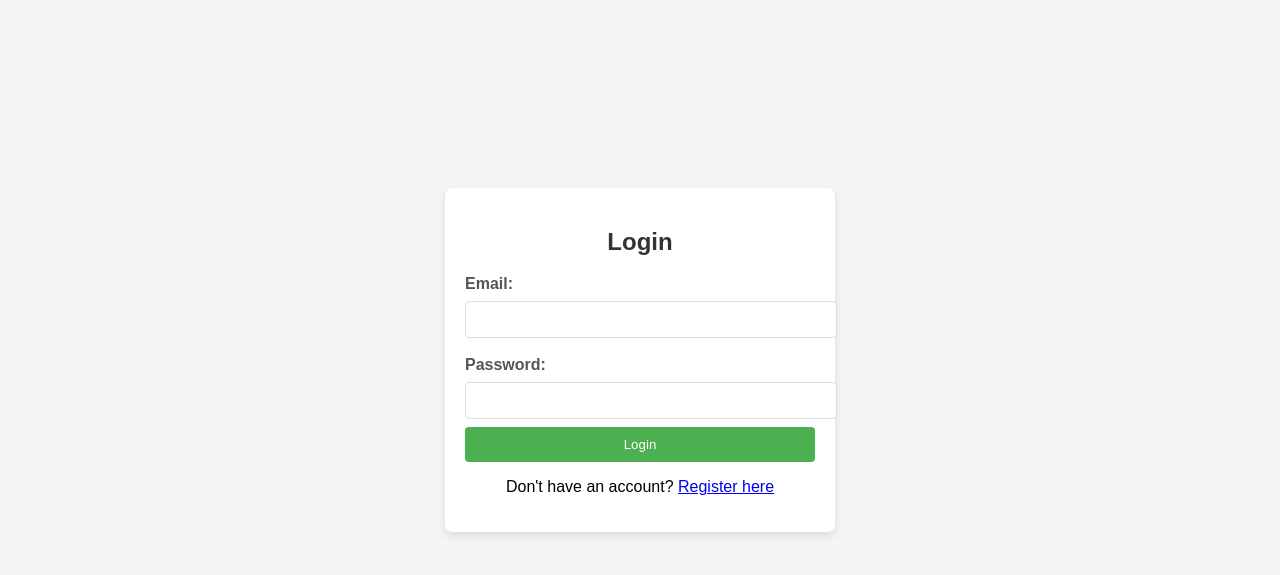
Repository: Srmaraghu/Advanced-Java
Page: Form Handling/src/main/webapp/login.html
These files come from the project's save history. The page is drawn as it stood at one moment and after the next save; the edit follows.
The browser window is 1280 px wide. The pictures show the whole page.

Above is the page before, as saved 2025-01-25 14:30:19.

After the next save:
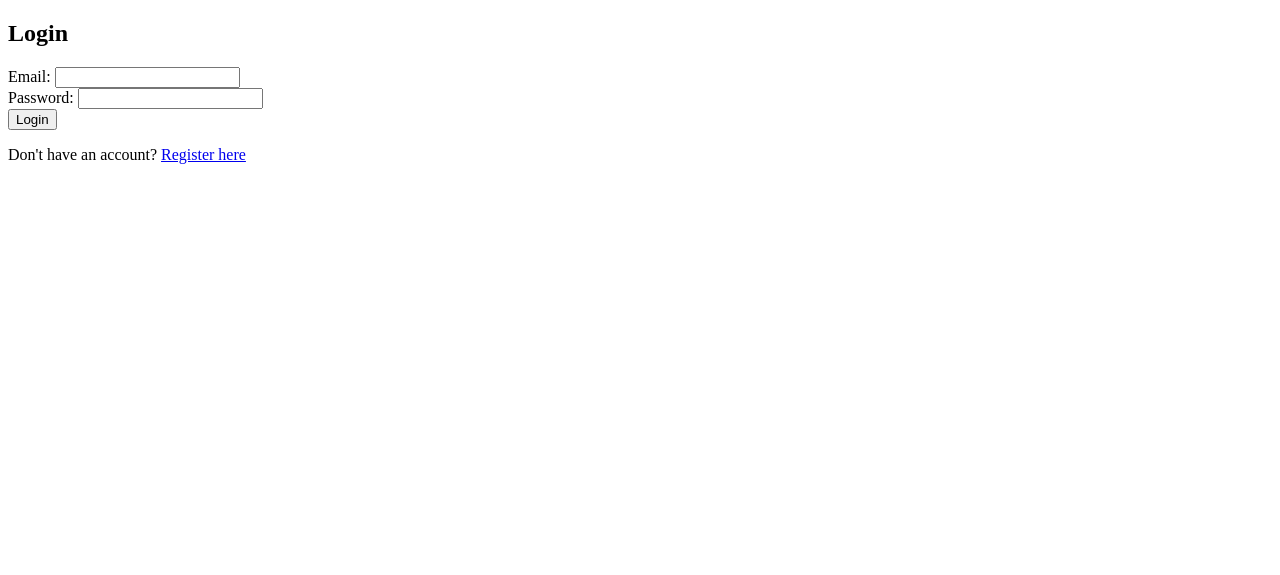
Saved 3 min 25 s later.
--- a/Form Handling/src/main/webapp/login.html
+++ b/Form Handling/src/main/webapp/login.html
@@ -4,64 +4,7 @@
     <meta charset="UTF-8">
     <meta name="viewport" content="width=device-width, initial-scale=1.0">
     <title>User Login</title>
-    <style>
-        body {
-            font-family: Arial, sans-serif;
-            background-color: #f4f4f4;
-            display: flex;
-            justify-content: center;
-            align-items: center;
-            height: 100vh;
-            margin: 0;
-        }
 
-        .container {
-            background-color: white;
-            padding: 20px;
-            border-radius: 8px;
-            box-shadow: 0 4px 8px rgba(0, 0, 0, 0.1);
-            width: 350px;
-        }
-
-        h2 {
-            text-align: center;
-            color: #333;
-        }
-
-        label {
-            font-weight: bold;
-            margin-top: 10px;
-            display: block;
-            color: #555;
-        }
-
-        input[type="text"], input[type="password"] {
-            width: 100%;
-            padding: 10px;
-            margin: 8px 0;
-            border: 1px solid #ddd;
-            border-radius: 4px;
-        }
-
-        button {
-            width: 100%;
-            padding: 10px;
-            background-color: #4CAF50;
-            color: white;
-            border: none;
-            border-radius: 4px;
-            cursor: pointer;
-        }
-
-        button:hover {
-            background-color: #45a049;
-        }
-
-        .form-footer {
-            text-align: center;
-            margin-top: 10px;
-        }
-    </style>
 </head>
 <body>
 
